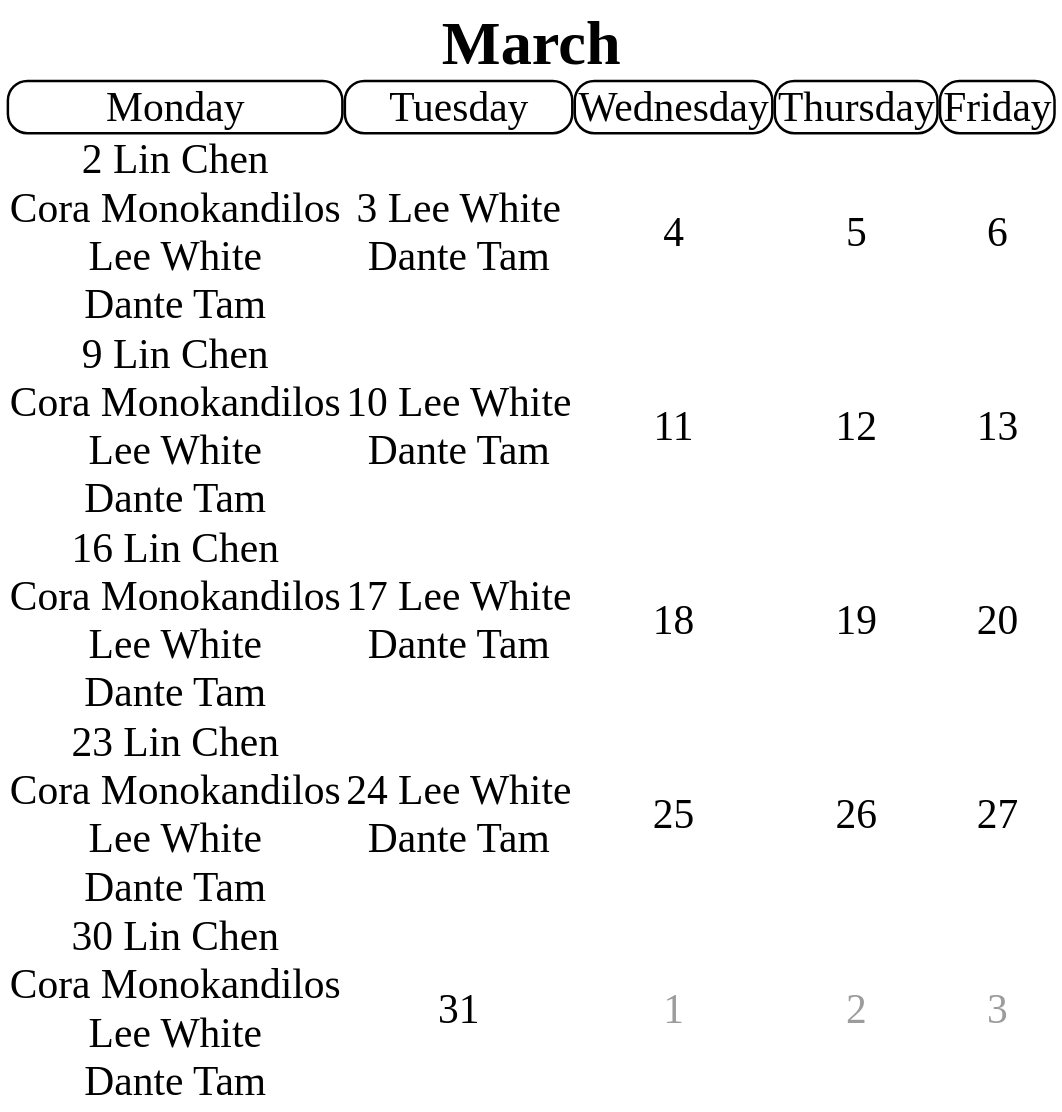
Repository: shleewhite/missionBitCalendar
Page: views/mar.html
The author's editor kept a record of every edit. The page is drawn from the files as they stood at one moment, then again after the next edit.
The browser window is 1280 px wide. The pictures show the whole page, at 83% of full size.

Above is the page before.

### views/mar.html
<article id="mar">
<html>
    <link rel="stylesheet" type="text/css" href="main.css">
    <head></head>
    <body>
        <table id="monthTable">
                <th class="monthHeader" colspan="5">March</th>
            <tr>
                <td class="weekday">Monday</td>
                <td class="weekday">Tuesday</td>
                <td class="weekday">Wednesday</td>
                <td class="weekday">Thursday</td>
                <td class="weekday">Friday</td>
            </tr>
            <tr>
                <td>2 Lin Chen<br>Cora Monokandilos<br>Lee White<br>Dante Tam</td>
                <td>3 Lee White<br>Dante Tam</td>
                <td>4</td>
                <td>5</td>
                <td>6</td>
            </tr>
            <tr>
                <td>9 Lin Chen<br>Cora Monokandilos<br>Lee White<br>Dante Tam</td>
                <td>10 Lee White<br>Dante Tam</td>
                <td>11</td>
                <td>12</td>
                <td>13</td>
            </tr>
            <tr>
                <td>16 Lin Chen<br>Cora Monokandilos<br>Lee White<br>Dante Tam</td>
                <td>17 Lee White<br>Dante Tam</td>
                <td>18</td>
                <td>19</td>
                <td>20</td>
            </tr>
            <tr>
                <td>23 Lin Chen<br>Cora Monokandilos<br>Lee White<br>Dante Tam</td>
                <td>24 Lee White<br>Dante Tam</td>
                <td>25</td>
                <td>26</td>
                <td>27</td>
            </tr>
            <tr>
                <td>30 Lin Chen<br>Cora Monokandilos<br>Lee White<br>Dante Tam</td>
                <td>31</td>
                <td class="nextMonth">1</td>
                <td class="nextMonth">2</td>
                <td class="nextMonth">3</td>
            </tr>
        </table>
    </body>
</html>

### views/main.css
table {
    text-align: center;
    font-size: 50px;
    width: 100%;
    height: 700px;
    border-spacing: 50px 20px;

}
table th {
    text-align: center;
}
#year{
    /*font-family: 'Lobster', cursive;*/
    font-size: 100px;
}
.month{
    border-collapse: separate;
    border-color: #000000;
    border-radius: 25px;
    border-style: double;

    border-top-width: 15px;
    border-bottom-width: 15px;
    border-left-width: 15px;
    border-right-width: 15px;
    cursor: pointer;
}
.monthHeader {
    font-size: 75px;
    border-style: none;
}
.weekday {
    font-size: 50px;
    border-style: solid;
    border-radius: 25px;
}
#monthTable {
    border-spacing: 0px;
    border-color: #000000;
    border-radius: 25px;
    cursor: pointer;
    padding: 0px;
}
.days {
    font-size: 20px;
    text-align: left;
    border-style: double;
}
.noOne {
    text-align: center;
}
.nextMonth {
    color: #9C9C9C;
}

After the next edit:
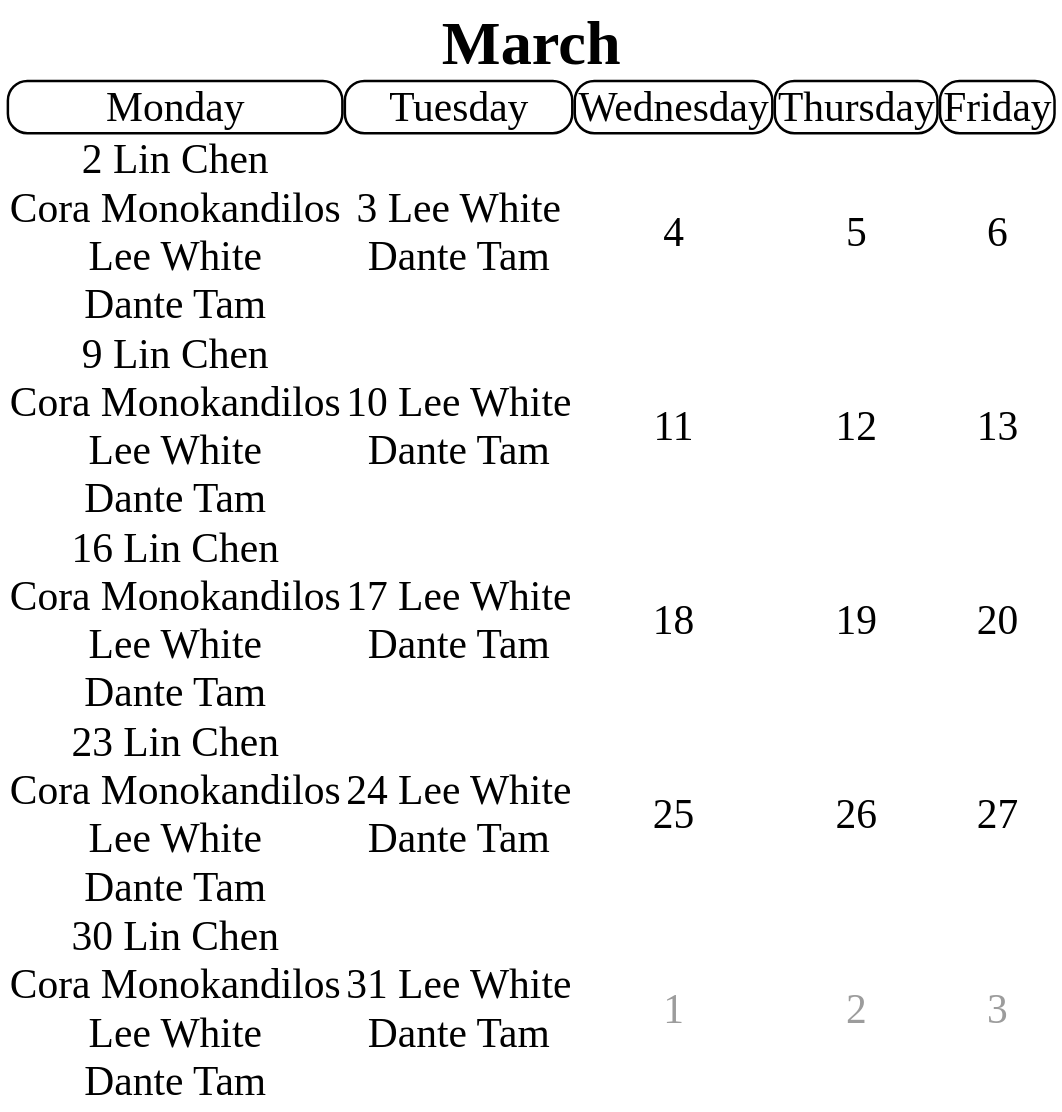
The edit:
--- a/views/mar.html
+++ b/views/mar.html
@@ -42,7 +42,7 @@
             </tr>
             <tr>
                 <td>30 Lin Chen<br>Cora Monokandilos<br>Lee White<br>Dante Tam</td>
-                <td>31</td>
+                <td>31 Lee White<br>Dante Tam</td>
                 <td class="nextMonth">1</td>
                 <td class="nextMonth">2</td>
                 <td class="nextMonth">3</td>
